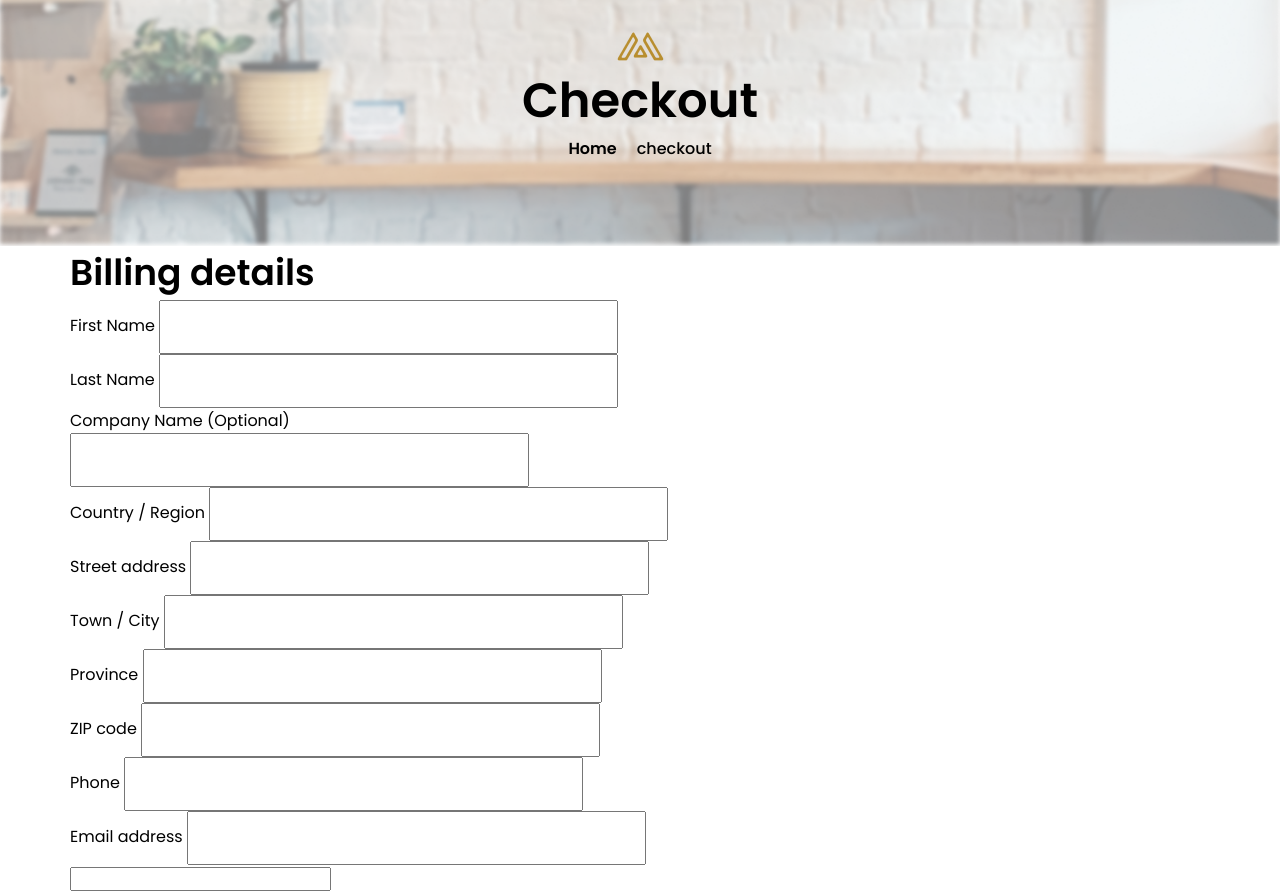
Repository: DT2301/project
Page: checkout.html
These files come from the project's save history. The page is drawn as it stood at one moment and after the next save; the edit follows.
The browser window is 1280 px wide. The pictures show the part of the page from y = 142 to 1033 px (the page is 1033 px tall before and 1008 px after).
A picture or video elsewhere on the page could not be fetched, so the positions and the page height are approximate.

Above is the page before, as saved 2024-01-08 09:33:18.

After the next save:
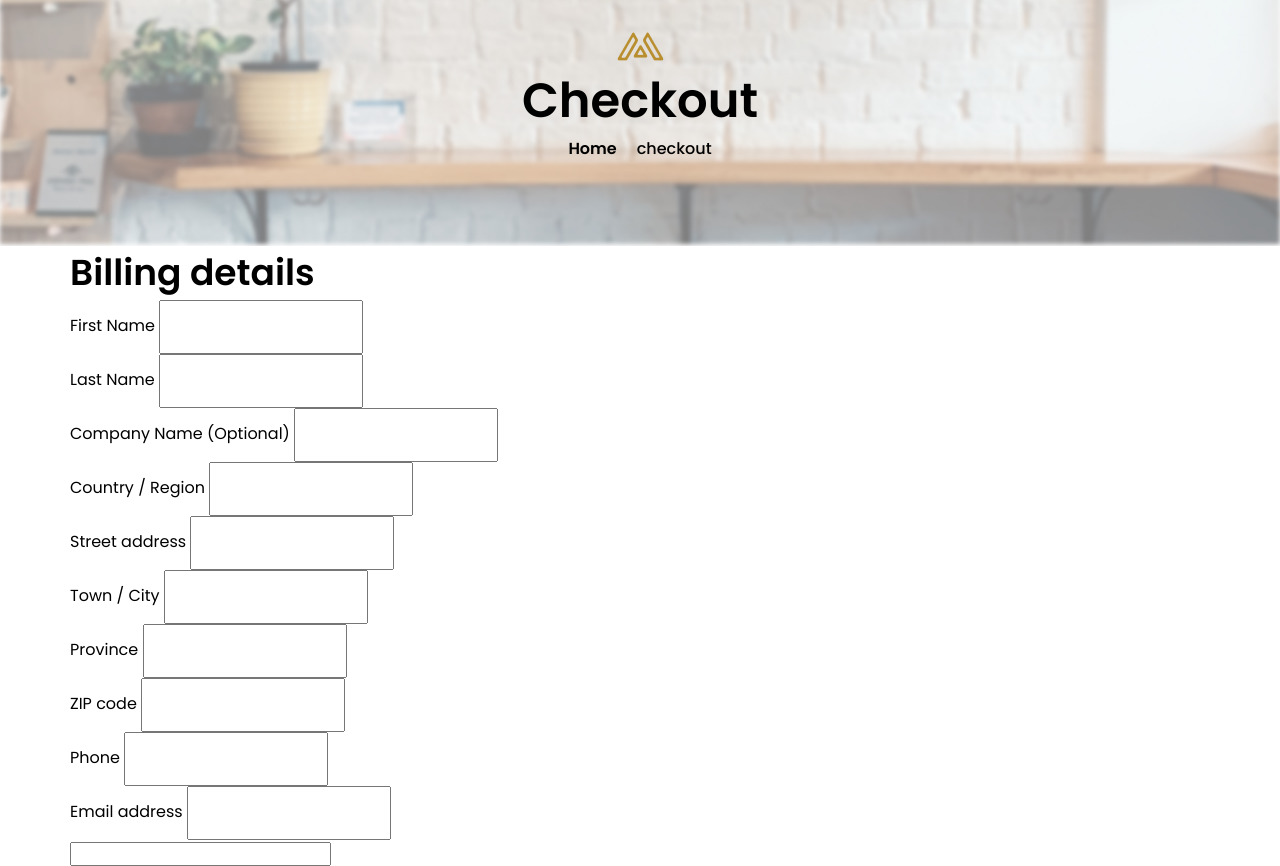
Saved 4 s later.
--- a/checkout.css
+++ b/checkout.css
@@ -117,6 +117,6 @@ ul {
 }
 
 .billingdetail .input:not(:last-child) input{
-    width: 455px;
+    width: 200px;
     height: 50px;
 }
